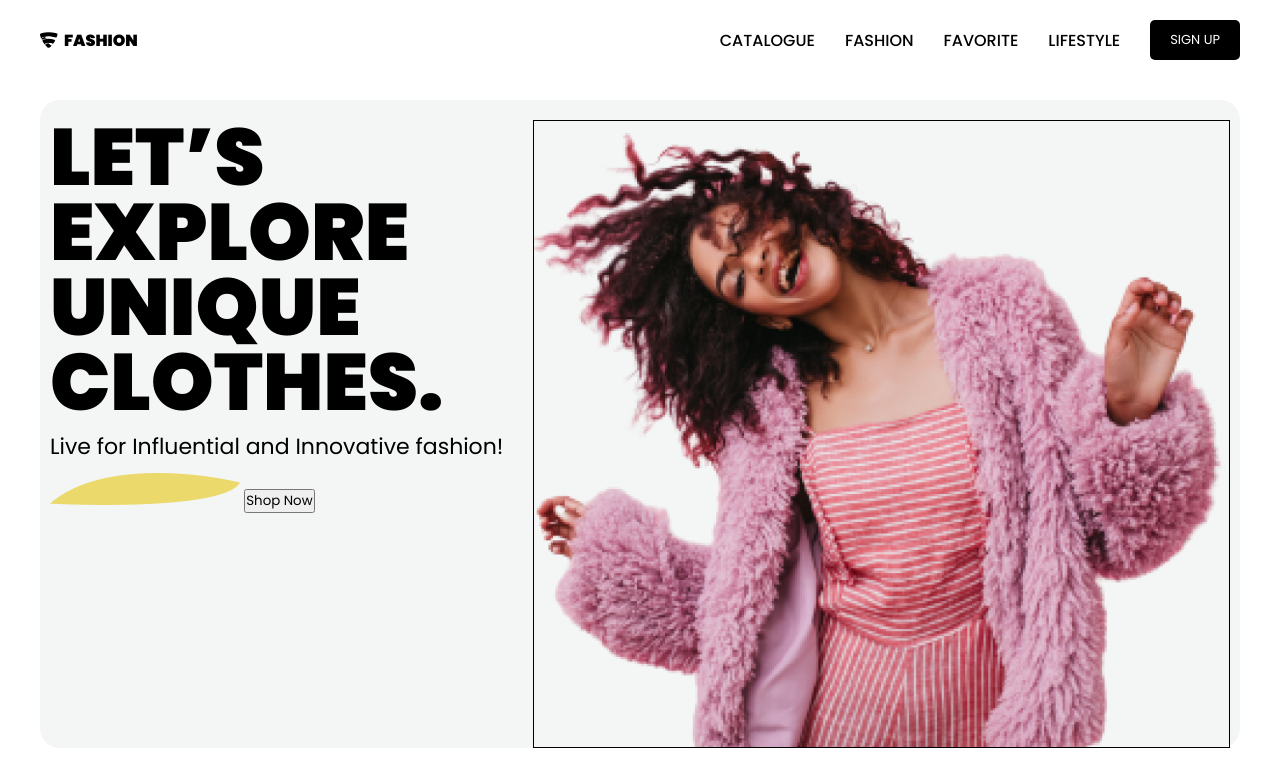
Repository: isaacCodes1/FashionSite2
Page: index.html
The author's editor kept a copy of each file at every save. The page is drawn from the files as they stood at one save, then again after the next save.
The browser window is 1280 px wide. The pictures show the whole page.

Above is the page before, as saved 2024-03-11 12:27:29.

After the next save:
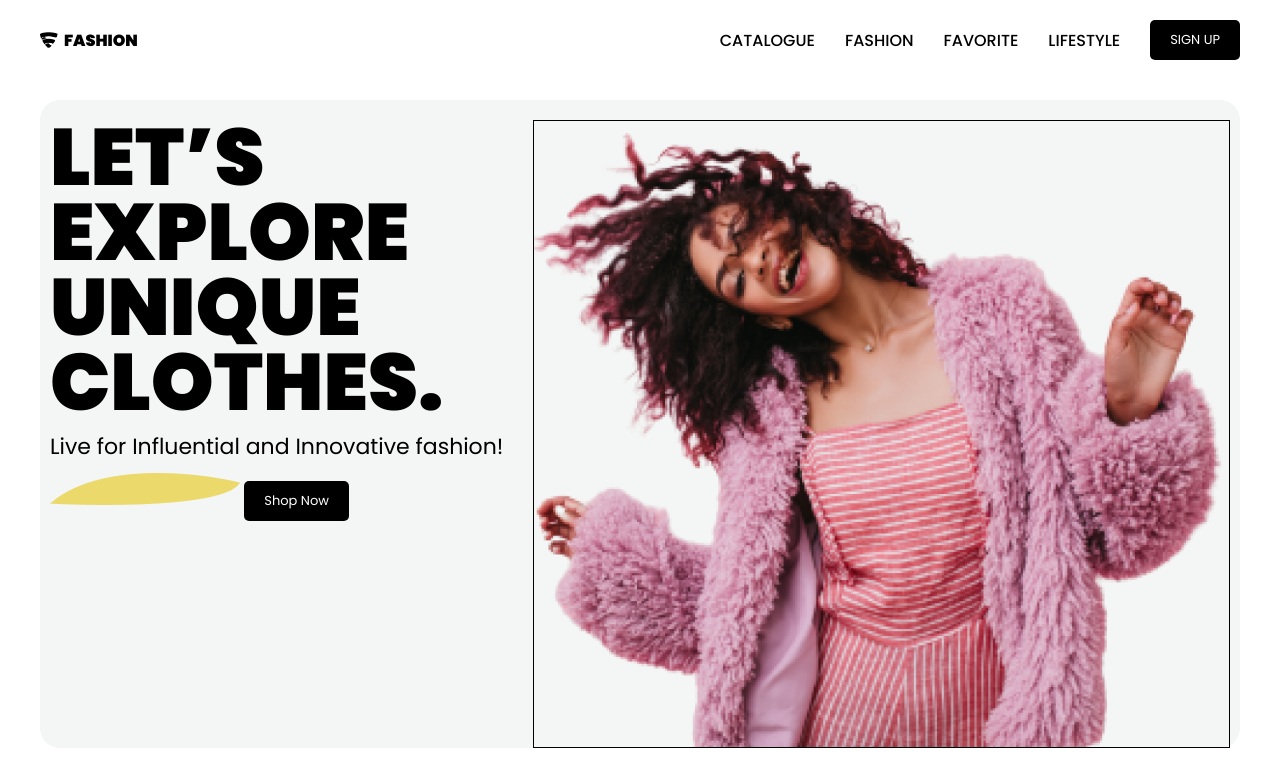
Saved 20 s later.
--- a/style.css
+++ b/style.css
@@ -92,7 +92,7 @@
   display: flex;
   border: 1px solid;
 }
-.navList button {
+.btn {
     border: 0;
     background: black;
     padding: 10px 20px;
